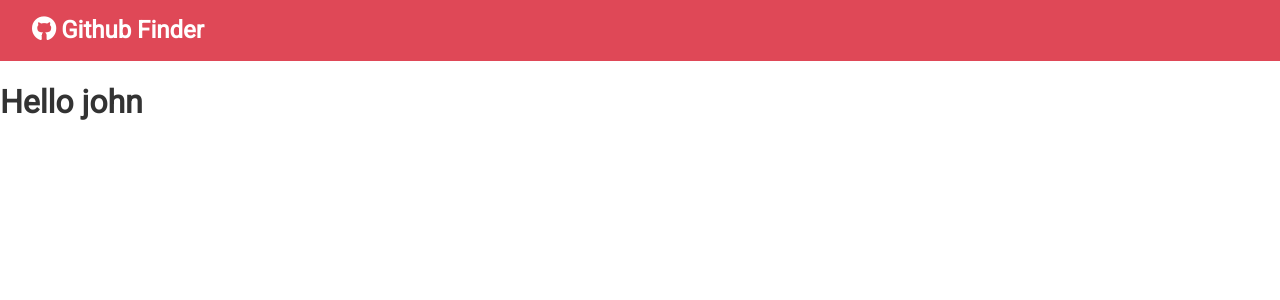
Repository: guicattani/fluffy-tribble-finder
Page: /
An editor plug-in stored every save of this project. The page is shown before and after the next save, followed by the edit.
The browser window is 1280 px wide. The pictures show the whole page.
Some web libraries are served in a nearby version. The project was rebuilt for these pictures with package versions that can differ from the ones it lists, and the page was loaded fresh each time.

Above is the page before, as saved 2020-02-26 16:43:41.

After the next save:
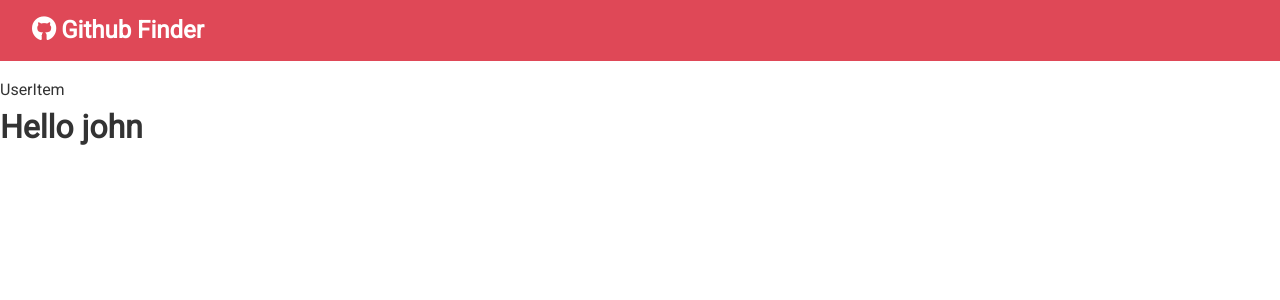
Saved 22 s later.
--- a/src/App.js
+++ b/src/App.js
@@ -1,5 +1,6 @@
 import React, { Component } from "react";
-import Navbar from './components/layout/Navbar.js'
+import Navbar from './components/layout/Navbar'
+import UserItem from './components/users/UserItem'
 import "./App.css";
 
 class App extends Component {
@@ -9,6 +10,7 @@
     return (
       <div className="App">
         <Navbar />
+        <UserItem />
         <h1>Hello {name} </h1>
       </div>
     );
